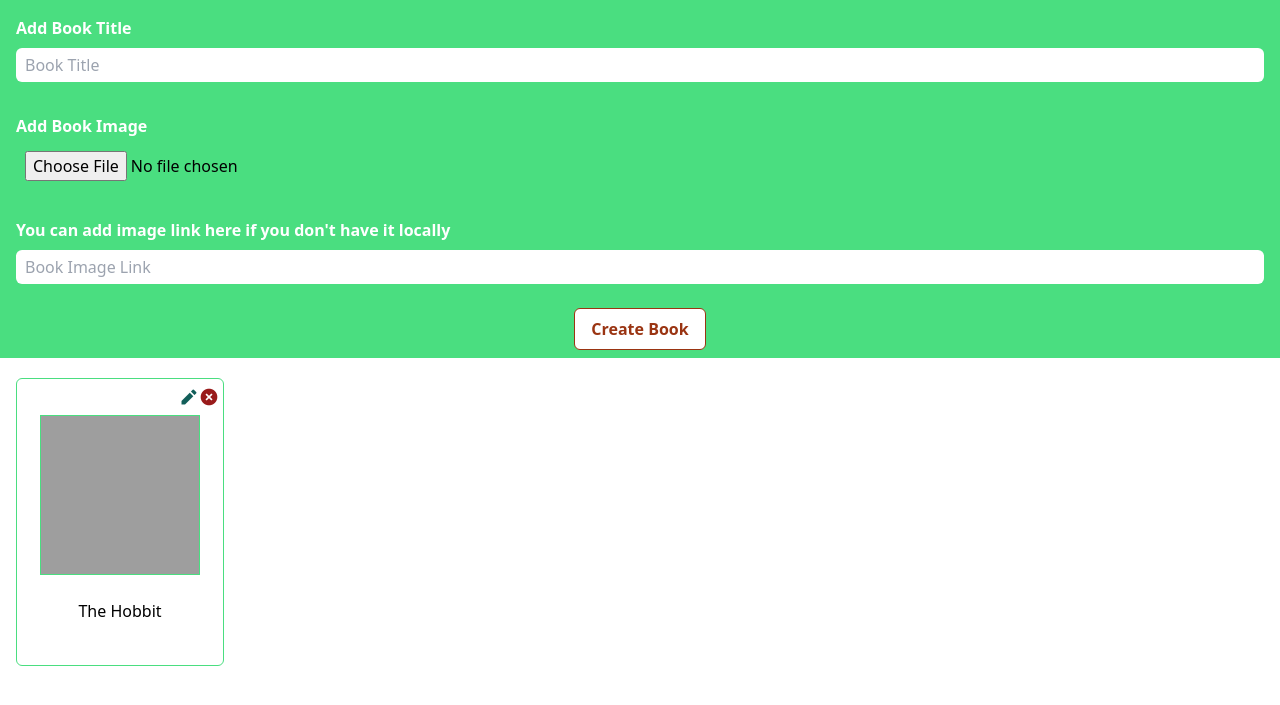
Repository: Marhamat92/booksappwithcontext
Page: /
The author's editor kept a copy of each file at every save. The page is drawn from the files as they stood at one save, then again after the next save.
The browser window is 1280 px wide. The pictures show the whole page.
Pictures or frames that could not be fetched are drawn as grey boxes. The project was rebuilt for these pictures with package versions that can differ from the ones it lists, and the page was loaded fresh each time. Requests to the local data server were answered from the project's data file. Also part of the build but not shown: src/App.css, src/components/Books/EditBook.tsx.

Above is the page before, as saved 2022-12-10 17:34:58.

### src/index.tsx
import React from "react";
import ReactDOM from "react-dom/client";
import "./index.css";
import App from "./App";
import "remixicon/fonts/remixicon.css";

const root = ReactDOM.createRoot(
  document.getElementById("root") as HTMLElement
);
root.render(
  <React.StrictMode>
    <App />
  </React.StrictMode>
);

### src/App.tsx
import { useEffect, useState } from "react";
import "./App.css";
import BookList from "./components/Books/BookList";
import MainButton from "./components/Buttons/MainButton";
import ImageInput from "./components/Inputs/ImageInput";
import TextInput from "./components/Inputs/TextInput";
import axios from "axios";

function App() {
  const [title, setTitle] = useState<string>("");
  const [image, setImage] = useState<string>("");
  const [books, setBooks] = useState<any>([]);
  const [imageLink, setImageLink] = useState<string>("");

  const getAllBooks = async () => {
    const response = await axios.get("http://127.0.0.1:3001/books");
    console.log(response.data);
    setBooks(response.data);
  };

  const handleTitleChange = (e: React.ChangeEvent<HTMLInputElement>) => {
    setTitle(e.target.value);
  };

  const handleImageChange = (e: React.ChangeEvent<HTMLInputElement>) => {
    setImage(URL.createObjectURL(e.target.files![0]));
  };

  const handleImageLinkChange = (e: React.ChangeEvent<HTMLInputElement>) => {
    setImageLink(e.target.value);
  };

  const handleSubmit = (e: React.FormEvent<HTMLFormElement>) => {
    e.preventDefault();
    setTitle("");
    setImage("");
    setImageLink("");
  };

  const handleCreateBook = async () => {
    const response = await axios.post("http://127.0.0.1:3001/books", {
      title,
      imageLink,
    });
    setBooks([...books, response.data]);
  };

  const handleDeleteBook = async (id: number) => {
    await axios.delete(`http://127.0.0.1:3001/books/${id}`);

    const newBooks = books.filter((book: any) => book.id !== id);
    setBooks(newBooks);
  };

  const handleEditBook = async (id: number, newTitle: string) => {
    const response = await axios.put(`http://127.0.0.1:3001/books/${id}`, {
      title: newTitle,
    });

    const newBooks = books.map((book: any) => {
      if (book.id === id) {
        return { ...book, ...response.data };
      }
      return book;
    });
    setBooks(newBooks);
  };

  useEffect(() => {
    getAllBooks();
  }, []);

  return (
    <div>
      <div className='bg-green-400'>
        <form onSubmit={handleSubmit}>
          <TextInput
            label='Add Book Title'
            placeholder='Book Title'
            value={title}
            onChange={handleTitleChange}
          />
          <ImageInput onChange={handleImageChange} label='Add Book Image' />
          <TextInput
            label="You can add image link here if you don't have it locally"
            placeholder='Book Image Link'
            value={imageLink}
            onChange={handleImageLinkChange}
          />
          <div className='flex justify-center'>
            <MainButton
              onClick={handleCreateBook}
              type='submit'
              buttonText='Create Book'
            />
          </div>
        </form>
      </div>
      <div className='px-4'>
        <BookList
          EditClick={handleEditBook}
          DeleteClick={handleDeleteBook}
          books={books}
        />
      </div>
    </div>
  );
}

export default App;

### src/components/Books/BookList.tsx
import React from "react";
import BookCard from "./BookCard";

type Props = {
  books: Array<any>;
  EditClick: () => void;
  DeleteClick: (id: number) => void;
};

function BookList({ books, EditClick, DeleteClick }: Props) {
  const renderedBooks = books.map((book) => {
    return (
      <div key={book.id}>
        <BookCard DeleteClick={DeleteClick} EditClick={EditClick} book={book} />
      </div>
    );
  });

  return <div className='grid grid-cols-4 gap-3 mt-5'>{renderedBooks}</div>;
}

export default BookList;

### src/components/Buttons/MainButton.tsx
import React from "react";

type Props = {
  buttonText: string;
  type: "submit" | "reset" | "button";
  onClick: (e: React.MouseEvent<HTMLButtonElement>) => void;
};

function MainButton({ buttonText, type, onClick }: Props) {
  return (
    <div>
      <button
        type={type}
        className='bg-white text-orange-800 font-bold py-2 px-4 rounded-md border border-orange-800 my-2'
        onClick={onClick}
      >
        {buttonText}
      </button>
    </div>
  );
}

export default MainButton;

### src/components/Inputs/ImageInput.tsx
import React from "react";

type Props = {
  label: string;

  onChange: (e: React.ChangeEvent<HTMLInputElement>) => void;
};

function ImageInput({ label, onChange }: Props) {
  return (
    <div className='flex flex-col px-4 py-4'>
      <label className='text-white font-bold mb-2' htmlFor='image'>
        {label}
      </label>
      <input
        className='pl-2 py-1 border border-transparent rounded-md focus-within:ring-2 focus-within:ring-green-400 focus-within:border-transparent focus:outline-none'
        type='file'
        onChange={onChange}
      />
    </div>
  );
}

export default ImageInput;

### src/components/Inputs/TextInput.tsx
import React from "react";

type Props = {
  label: string;
  placeholder: string;
  value: string;
  onChange: (e: React.ChangeEvent<HTMLInputElement>) => void;
};

function TextInput({ label, placeholder, value, onChange }: Props) {
  return (
    <div className='flex flex-col px-4 py-4'>
      <label className='text-white font-bold mb-2' htmlFor='text'>
        {label}
      </label>
      <input
        className='pl-2 py-1 border border-transparent rounded-md focus-within:ring-2 focus-within:ring-green-400 focus-within:border-transparent focus:outline-none'
        type='text'
        placeholder={placeholder}
        value={value}
        onChange={onChange}
      />
    </div>
  );
}

export default TextInput;

### src/components/Books/BookCard.tsx
import React from "react";
import EditBook from "./EditBook";

type Props = {
  book: any;
  EditClick: (id: number, newTitle: string) => void;
  DeleteClick: (id: number) => void;
};

function BookCard({ book, EditClick, DeleteClick }: Props) {
  const [showEdit, setShowEdit] = React.useState(false);

  const handleDeleteClick = (id: number) => {
    DeleteClick(book.id);
  };

  const handleEditClick = () => {
    setShowEdit(!showEdit);
  };

  const handleSubmit = (id: number, newTitle: string) => {
    EditClick(id, newTitle);
    setShowEdit(false);
  };

  return (
    <div>
      <div className='border border-green-400  flex flex-col items-center h-72 w-52 rounded-md'>
        <div className=' w-full flex justify-end py-1 pr-1'>
          <i
            onClick={handleEditClick}
            className='ri-pencil-fill text-teal-800 text-xl cursor-pointer'
          ></i>
          <i
            onClick={handleDeleteClick}
            className='ri-close-circle-fill text-red-800 text-xl cursor-pointer'
          ></i>
        </div>
        <img
          className='w-40 h-40 border border-green-400'
          src={book.image}
          alt={book.title}
        />

        {showEdit ? (
          <EditBook onsubmit={handleSubmit} book={book} />
        ) : (
          <h1 className='mt-6'>{book.title}</h1>
        )}
      </div>
    </div>
  );
}

export default BookCard;

### db.json
{
  "books":[
    {
    "id":1,
    "title":"The Hobbit",
    "image":"http://ecx.images-amazon.com/images/I/51QJQZQJFLL._SL160_.jpg"
  }
  ]
}

Loaded but not shown: public/index.html (common file); src/index.css (common file); tailwind.config.js (common file)

After the next save:
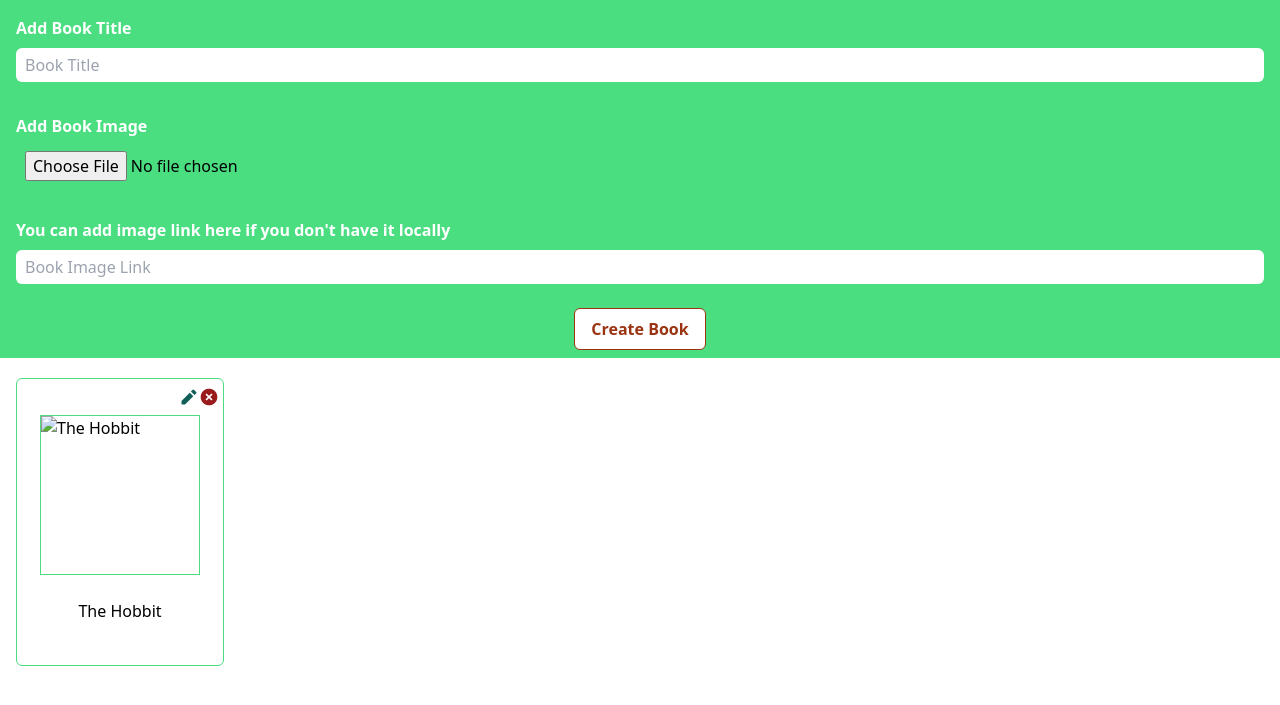
Saved 100 s later.
--- a/src/components/Books/BookCard.tsx
+++ b/src/components/Books/BookCard.tsx
@@ -38,7 +38,7 @@ function BookCard({ book, EditClick, DeleteClick }: Props) {
         </div>
         <img
           className='w-40 h-40 border border-green-400'
-          src={book.image}
+          src={book.imageLink}
           alt={book.title}
         />
 
